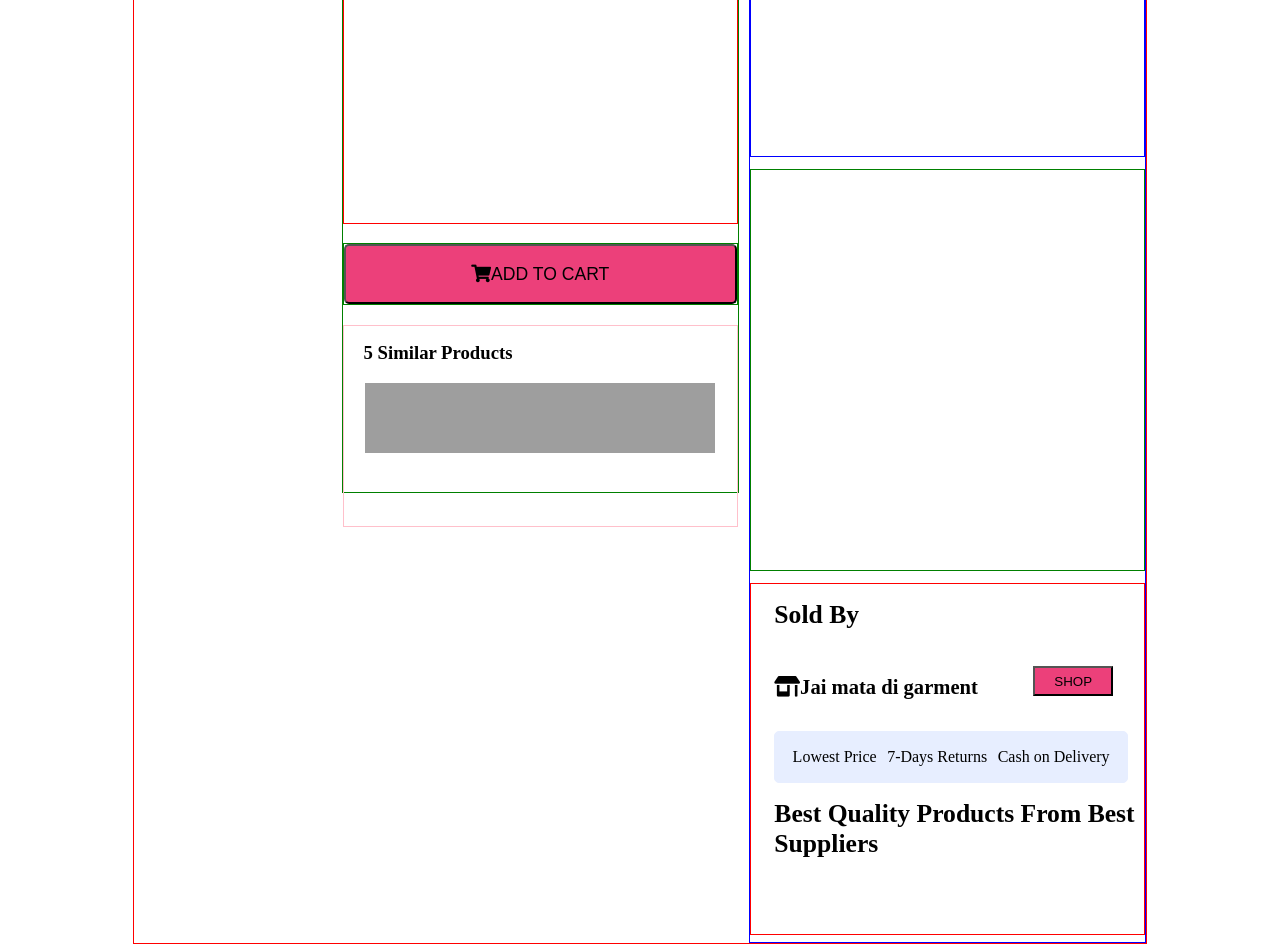
Repository: deepakxxxx/meesho
Page: catelog.html
These files come from the project's save history. The page is drawn as it stood at one moment and after a run of saves; the edit follows.
The browser window is 1280 px wide. The pictures show the part of the page from y = 419 to 1371 px (the page is 1371 px tall).
Pictures or frames that could not be fetched are drawn as grey boxes. A picture or video elsewhere on the page could not be fetched, so the positions and the page height are approximate.

Above is the page before, as saved 2021-11-06 17:52:52.

After the next 2 saves:
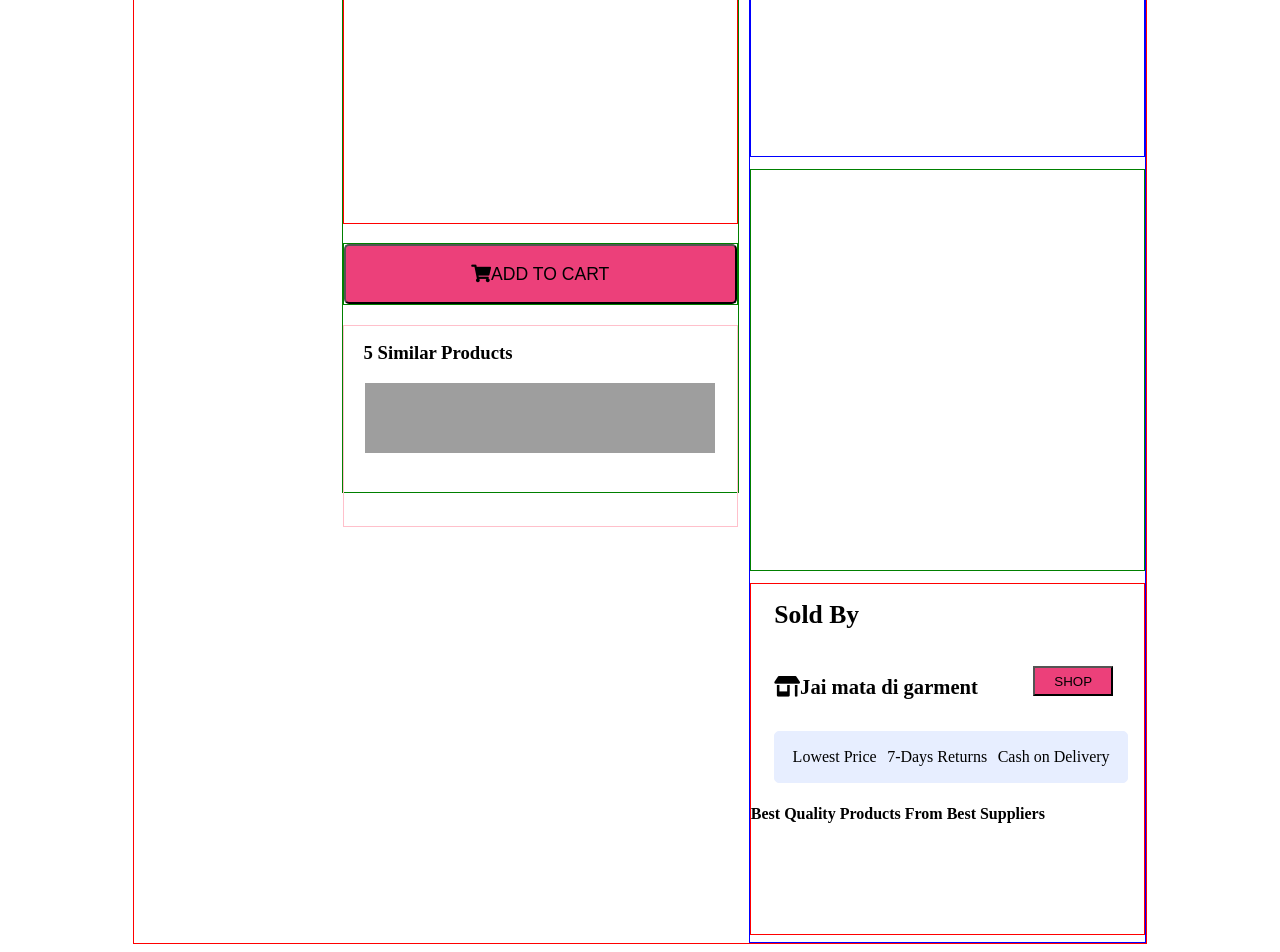
The 2 saves are shown as one change because they came seconds apart.
The last was saved 9 s later.
--- a/catelog.html
+++ b/catelog.html
@@ -334,7 +334,7 @@
                 <p>7-Days Returns</p>
                 <p>Cash on Delivery</p>
                 </div>
-                <h3>Best Quality Products From Best Suppliers</h3>
+                <h4>Best Quality Products From Best Suppliers</h4>
             </div>
         </div>
     </div>
